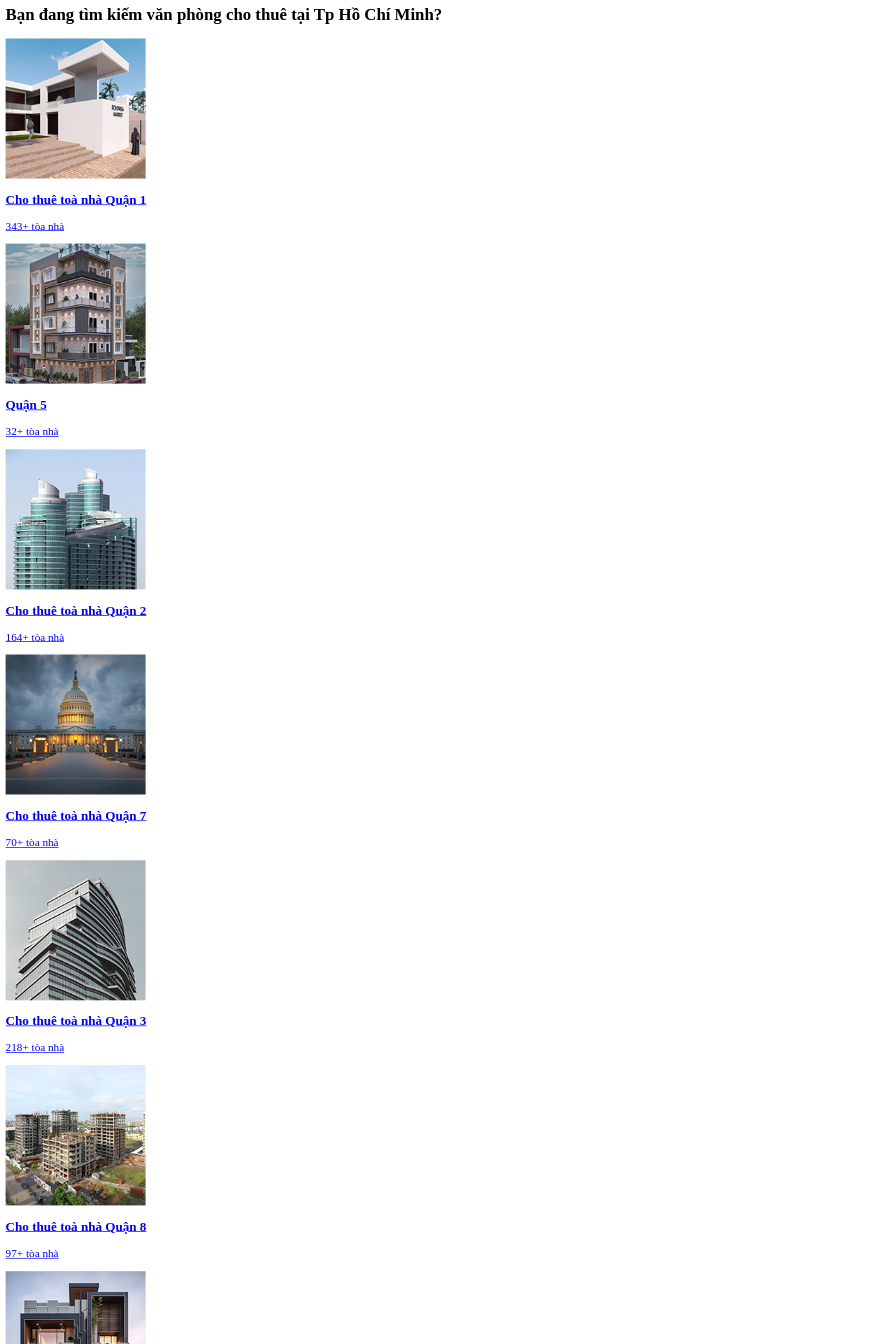
Repository: HuyTranTuan/anphuholdings
Page: partials/office-rental/office-rental.html
An editor plug-in stored every save of this project. The page is shown before and after the next save, followed by the edit.
The browser window is 1280 px wide. The pictures show the part of the page from y = 0 to 1920 px (the page is 4750 px tall), at 70% of full size.

Above is the page before, as saved 2025-12-22 09:48:48.

After the next save:
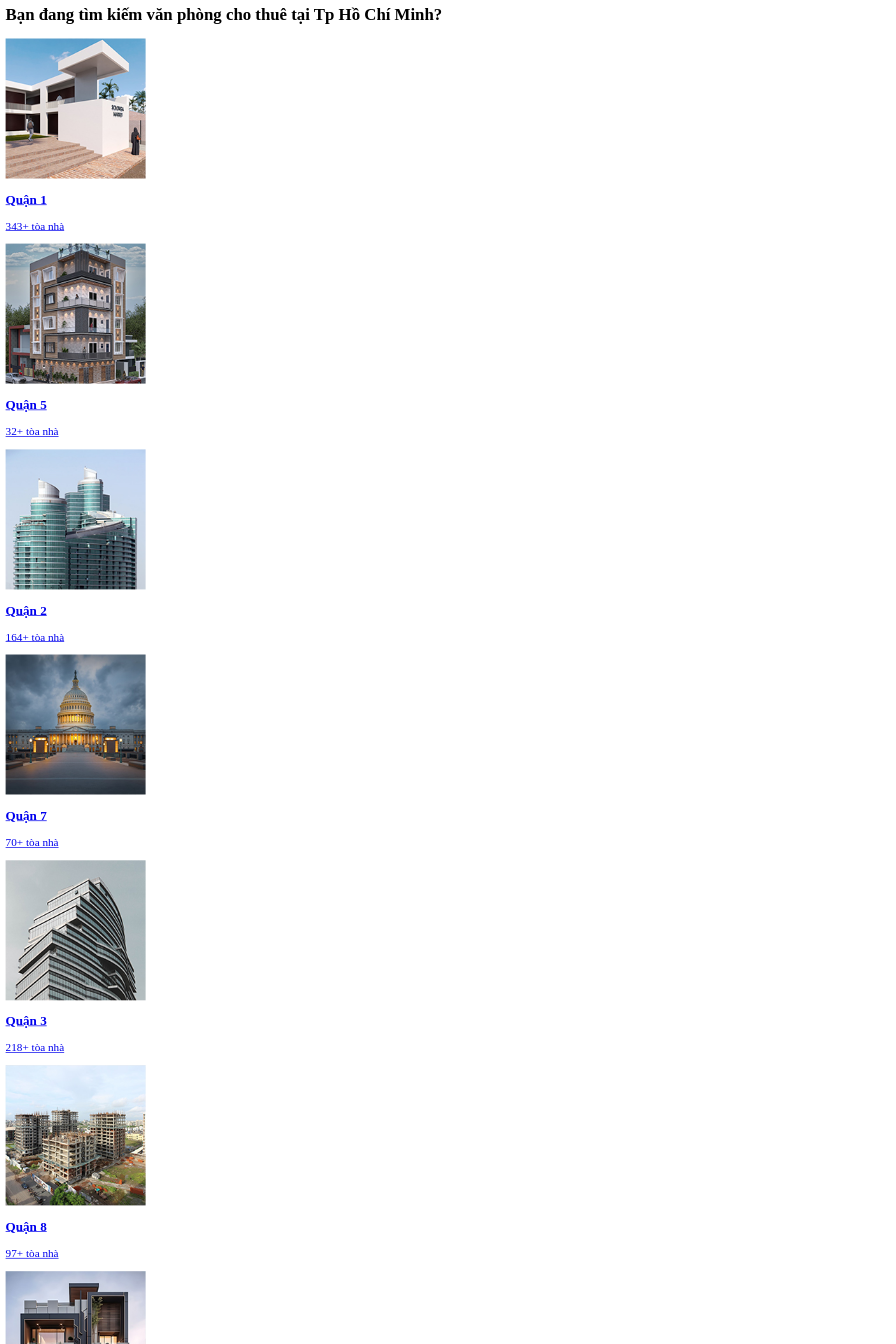
Saved 48 s later.
--- a/partials/office-rental/office-rental.html
+++ b/partials/office-rental/office-rental.html
@@ -28,7 +28,7 @@
             <div>
                 <h3 class="font-semibold text-nature-600 transition-colors duration-300
              group-hover:text-white">
-                    Cho thuê toà nhà Quận 1
+                    Quận 1
                 </h3>
                 <p class="text-sm text-nature-300 transition-colors duration-300
              group-hover:text-white">
@@ -68,7 +68,7 @@
             <div>
                 <h3 class="font-semibold text-nature-600 transition-colors duration-300
              group-hover:text-white">
-                    Cho thuê toà nhà Quận 2
+                    Quận 2
                 </h3>
                 <p class="text-sm text-nature-300 transition-colors duration-300
              group-hover:text-white">164+ tòa nhà</p>
@@ -87,7 +87,7 @@
             <div>
                 <h3 class="font-semibold text-nature-600 transition-colors duration-300
              group-hover:text-white">
-                    Cho thuê toà nhà Quận 7
+                    Quận 7
                 </h3>
                 <p class="text-sm text-nature-300 transition-colors duration-300
              group-hover:text-white">70+ tòa nhà</p>
@@ -107,7 +107,7 @@
             <div>
                 <h3 class="font-semibold text-nature-600 transition-colors duration-300
              group-hover:text-white">
-                    Cho thuê toà nhà Quận 3
+                    Quận 3
                 </h3>
                 <p class="text-sm text-nature-300 transition-colors duration-300
              group-hover:text-white">218+ tòa nhà</p>
@@ -126,7 +126,7 @@
             <div>
                 <h3 class="font-semibold text-nature-600 transition-colors duration-300
              group-hover:text-white">
-                    Cho thuê toà nhà Quận 8
+                    Quận 8
                 </h3>
                 <p class="text-sm text-nature-300 transition-colors duration-300
              group-hover:text-white">97+ tòa nhà</p>
@@ -145,7 +145,7 @@
             <div>
                 <h3 class="font-semibold text-nature-600 transition-colors duration-300
              group-hover:text-white">
-                    Cho thuê toà nhà Quận 4
+                    Quận 4
                 </h3>
                 <p class="text-sm text-nature-300 transition-colors duration-300
              group-hover:text-white">54+ tòa nhà</p>
@@ -164,7 +164,7 @@
             <div>
                 <h3 class="font-semibold text-nature-600 transition-colors duration-300
              group-hover:text-white">
-                    Cho thuê toà nhà Quận 10
+                    Quận 10
                 </h3>
                 <p class="text-sm text-nature-300 transition-colors duration-300
              group-hover:text-white">102+ tòa nhà</p>
@@ -184,7 +184,7 @@
             <div>
                 <h3 class="font-semibold text-nature-600 transition-colors duration-300
              group-hover:text-white">
-                    Cho thuê toà nhà Quận 1
+                    Quận 1
                 </h3>
                 <p class="text-sm text-nature-300 transition-colors duration-300
              group-hover:text-white">343+ tòa nhà</p>
@@ -203,7 +203,7 @@
             <div>
                 <h3 class="font-semibold text-nature-600 transition-colors duration-300
              group-hover:text-white">
-                    Cho thuê toà nhà Quận 5
+                    Quận 5
                 </h3>
                 <p class="text-sm text-nature-300 transition-colors duration-300
              group-hover:text-white">32+ tòa nhà</p>
@@ -222,7 +222,7 @@
             <div>
                 <h3 class="font-semibold text-nature-600 transition-colors duration-300
              group-hover:text-white">
-                    Cho thuê toà nhà Quận 2
+                    Quận 2
                 </h3>
                 <p class="text-sm text-nature-300 transition-colors duration-300
              group-hover:text-white">164+ tòa nhà</p>
@@ -241,7 +241,7 @@
             <div>
                 <h3 class="font-semibold text-nature-600 transition-colors duration-300
              group-hover:text-white">
-                    Cho thuê toà nhà Quận 7
+                    Quận 7
                 </h3>
                 <p class="text-sm text-nature-300 transition-colors duration-300
              group-hover:text-white">70+ tòa nhà</p>
@@ -261,7 +261,7 @@
             <div>
                 <h3 class="font-semibold text-nature-600 transition-colors duration-300
              group-hover:text-white">
-                    Cho thuê toà nhà Quận 3
+                    Quận 3
                 </h3>
                 <p class="text-sm text-nature-300 transition-colors duration-300
              group-hover:text-white">218+ tòa nhà</p>
@@ -280,7 +280,7 @@
             <div>
                 <h3 class="font-semibold text-nature-600 transition-colors duration-300
              group-hover:text-white">
-                    Cho thuê toà nhà Quận 8
+                    Quận 8
                 </h3>
                 <p class="text-sm text-nature-300 transition-colors duration-300
              group-hover:text-white">97+ tòa nhà</p>
@@ -299,7 +299,7 @@
             <div>
                 <h3 class="font-semibold text-nature-600 transition-colors duration-300
              group-hover:text-white">
-                    Cho thuê toà nhà Quận 4
+                    Quận 4
                 </h3>
                 <p class="text-sm text-nature-300 transition-colors duration-300
              group-hover:text-white">54+ tòa nhà</p>
@@ -318,7 +318,7 @@
             <div>
                 <h3 class="font-semibold text-nature-600 transition-colors duration-300
              group-hover:text-white">
-                    Cho thuê toà nhà Quận 10
+                    Quận 10
                 </h3>
                 <p class="text-sm text-nature-300 transition-colors duration-300
              group-hover:text-white">102+ tòa nhà</p>
